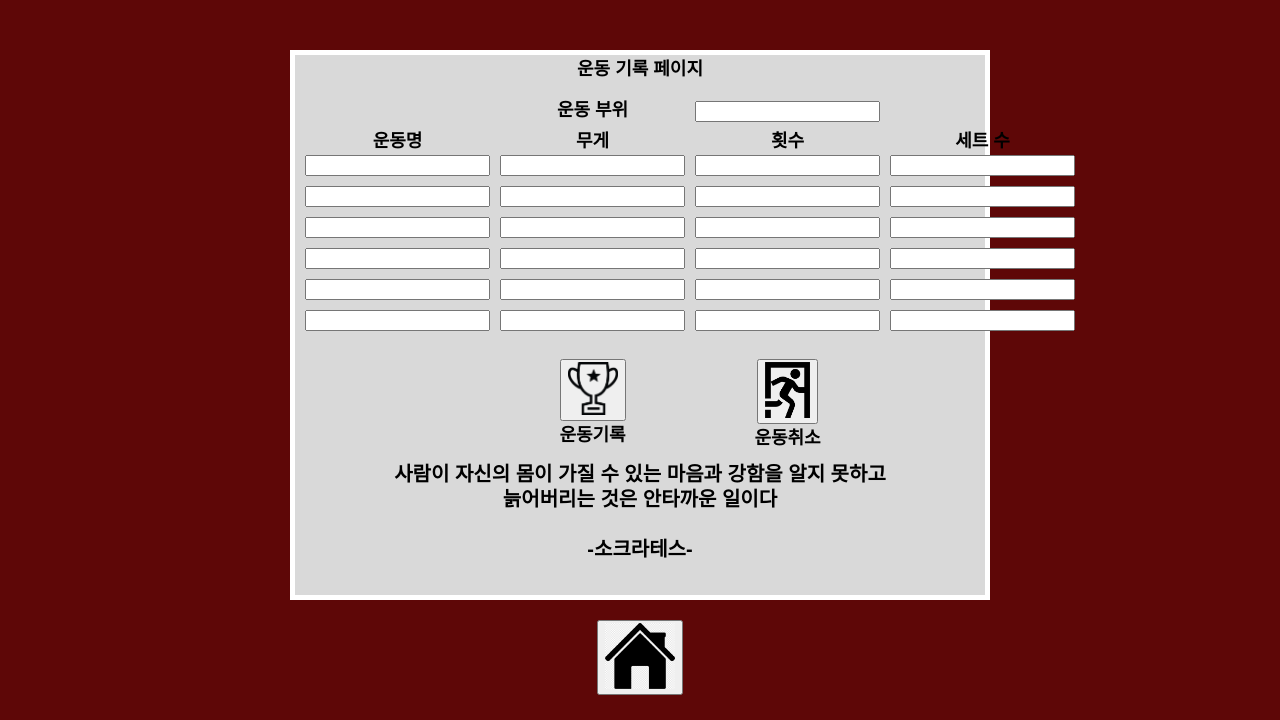
Repository: Up-Min/hrdkorea
Page: http://localhost/jsp_workout/wk_insert.jsp
An editor plug-in stored every save of this project. The page is shown before and after the next save, followed by the edit.
The browser window is 1280 px wide. The pictures show the whole page.
The page is served by Tomcat 9. The template is opened directly, without the code that normally fills it, so the values that code supplies are empty.

Above is the page before, as saved 2022-12-31 07:13:29.

After the next save:
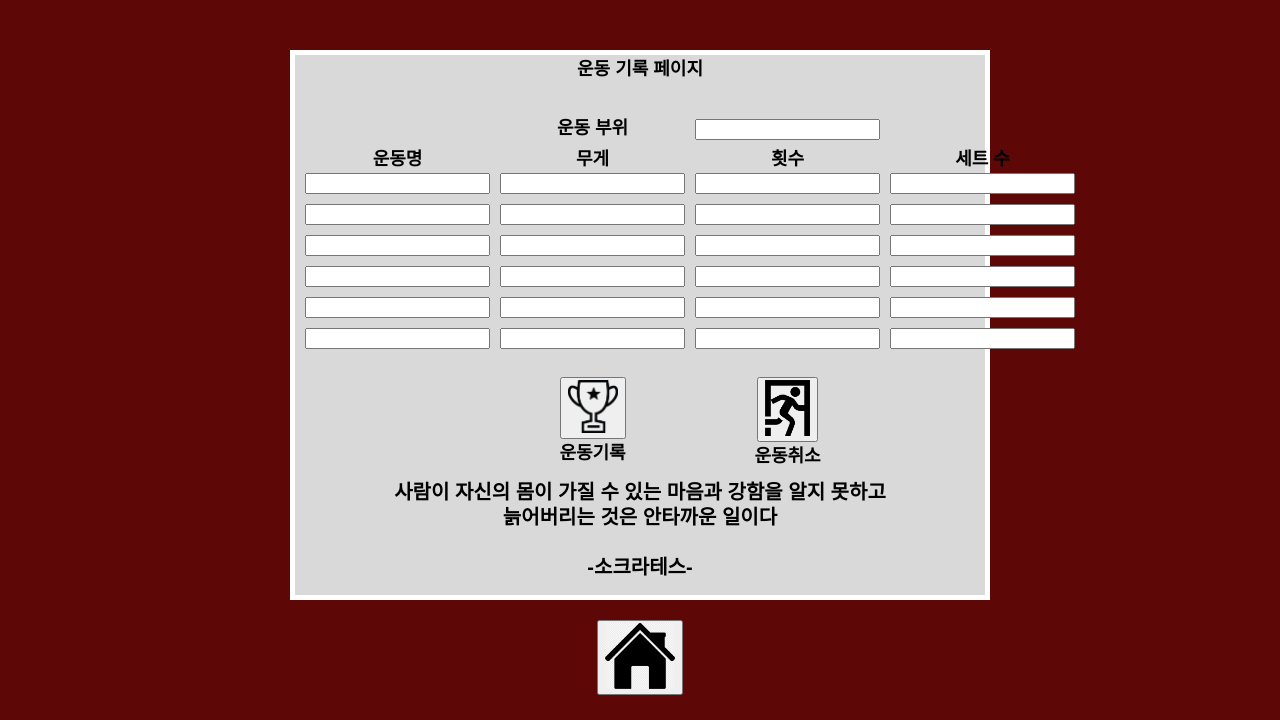
Saved 6 s later.
--- a/jsp_workout/src/main/webapp/wk_insert.jsp
+++ b/jsp_workout/src/main/webapp/wk_insert.jsp
@@ -94,7 +94,7 @@
 
 
 	<div class="workout">
-	<p> 운동 기록 페이지 </p>
+	<p> 운동 기록 페이지 </p> <br>
 		<form class = "wk_insert" name="wk_insert" action="insert">
 		<input type="hidden" name="user_id" value="${id}">
 		<input type="hidden" name="num" value="${num}">

After the save that followed:
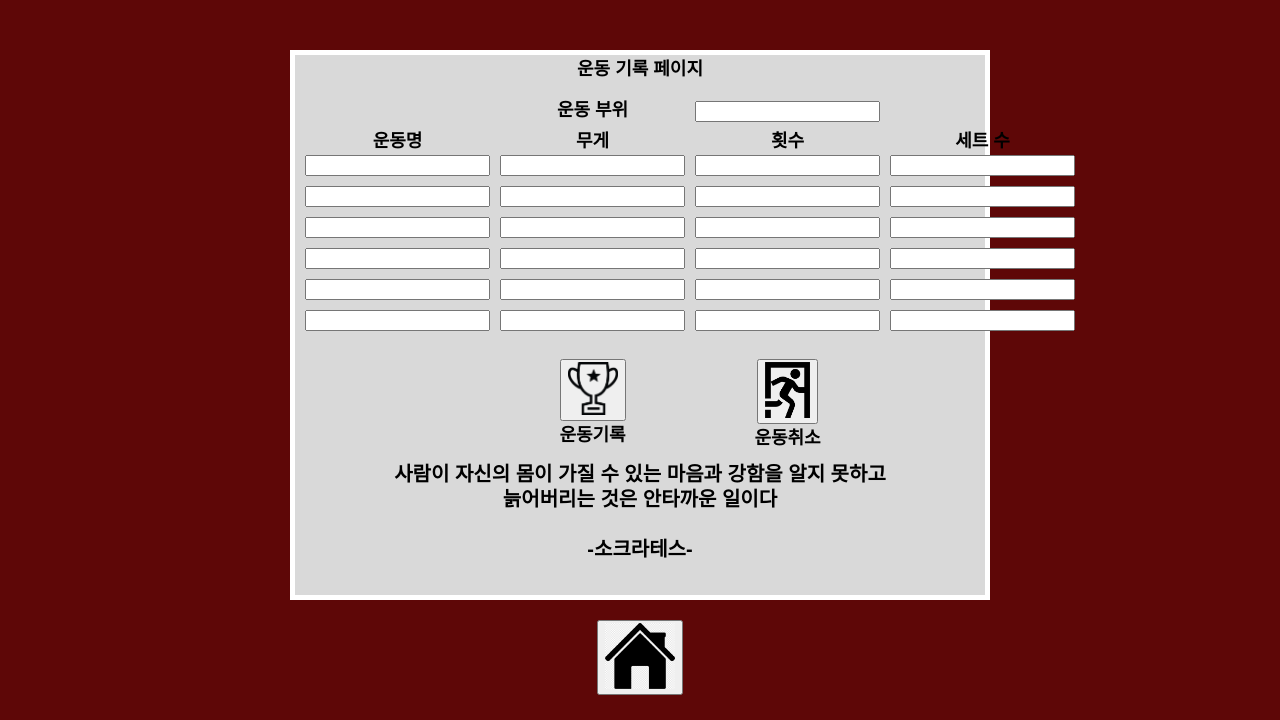
Saved 8 s later.
--- a/jsp_workout/src/main/webapp/wk_insert.jsp
+++ b/jsp_workout/src/main/webapp/wk_insert.jsp
@@ -94,7 +94,7 @@
 
 
 	<div class="workout">
-	<p> 운동 기록 페이지 </p> <br>
+	<p> 운동 기록 페이지 </p>
 		<form class = "wk_insert" name="wk_insert" action="insert">
 		<input type="hidden" name="user_id" value="${id}">
 		<input type="hidden" name="num" value="${num}">
